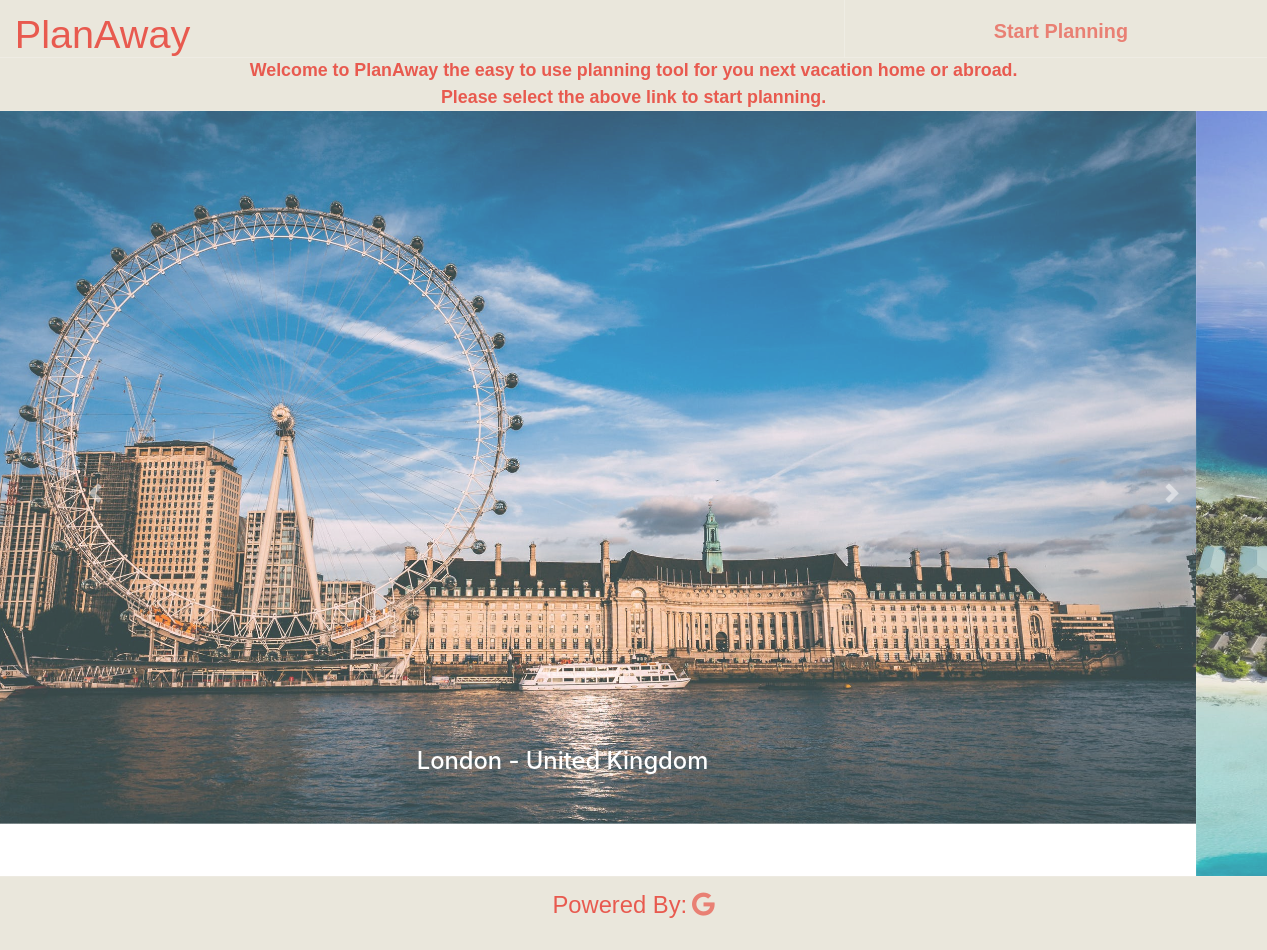
Repository: Brad000/PlanAway-Project
Page: index.html
The author's editor kept a record of every edit. The page is drawn from the files as they stood at one moment, then again after the next edit.
The browser window is 1280 px wide. The pictures show the whole page, at 99% of full size.
Some icons come from a web library that is not loaded, so they are not drawn. Some web fonts or font styles are not loaded; a fallback is used. Some web libraries are served in a nearby version.

Above is the page before.

After the next edit:
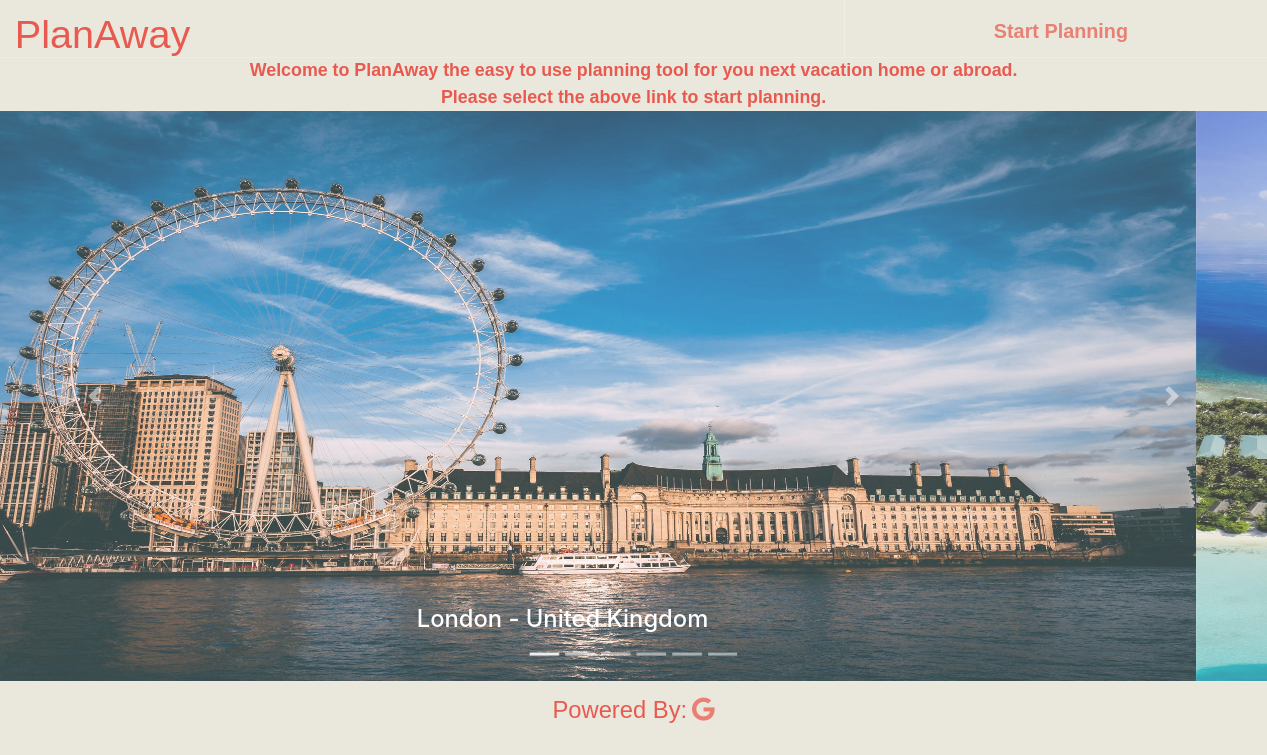
The edit:
--- a/assets/css/style.css
+++ b/assets/css/style.css
@@ -62,6 +62,10 @@
     opacity: 0.78;
 }
 
+img {
+    height: 80vh;
+}
+
 
 /*---home.html---*/
 
